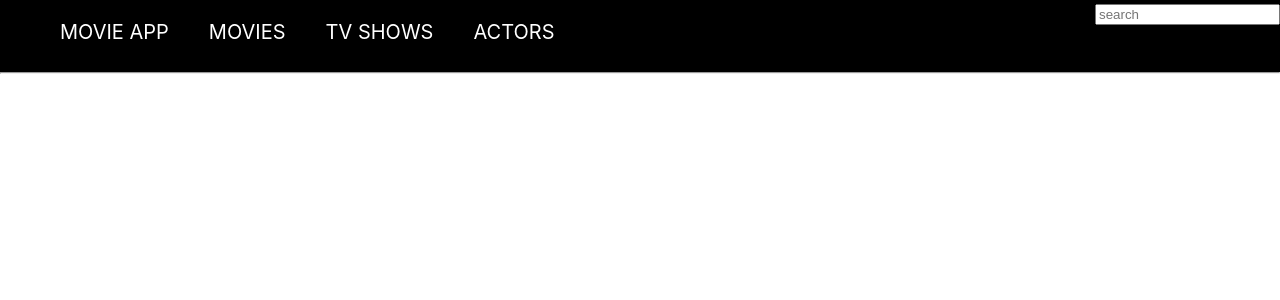
Repository: manahiang/MovieMana
Page: / (app in src/)
These files come from the project's save history. The page is drawn as it stood at one moment and after the next save; the edit follows.
The browser window is 1280 px wide. The pictures show the whole page.
The project was rebuilt for these pictures with package versions that can differ from the ones it lists, and the page was loaded fresh each time. Also part of the build but not shown: src/src/App.css.

Above is the page before, as saved 2022-11-14 10:43:33.

After the next save:
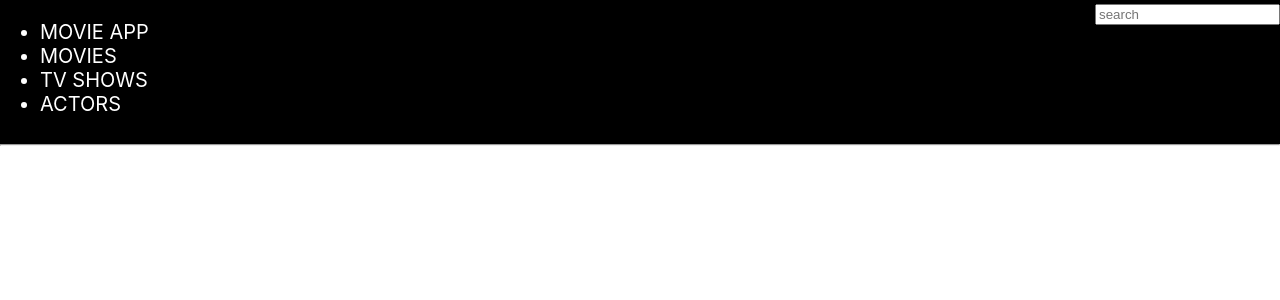
Saved 20 s later.
--- a/src/src/index.css
+++ b/src/src/index.css
@@ -18,7 +18,7 @@
   font-size: 20px;
   text-transform: uppercase;
 }
-.menu ul li{
+.menu ul li:hover{
   display: inline;
   align-items: center;
   justify-content: center;

After the 2 saves that followed:
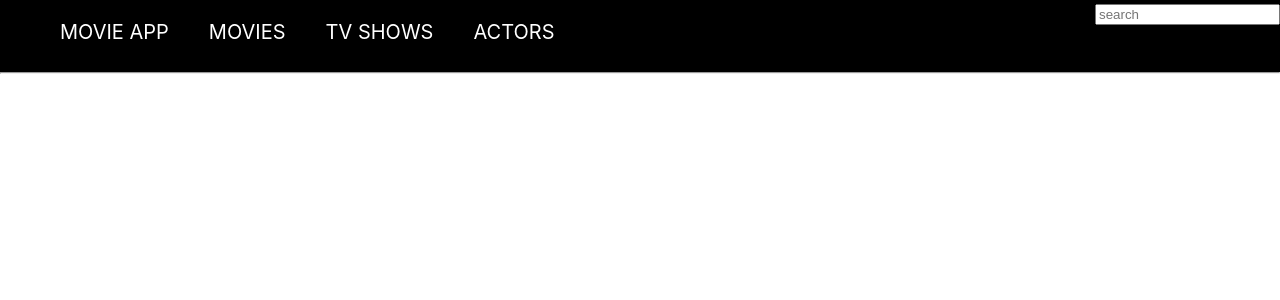
The 2 saves are shown as one change because they came seconds apart.
The last was saved 9 s later.
--- a/src/src/index.css
+++ b/src/src/index.css
@@ -18,7 +18,7 @@
   font-size: 20px;
   text-transform: uppercase;
 }
-.menu ul li:hover{
+.menu ul li{
   display: inline;
   align-items: center;
   justify-content: center;
